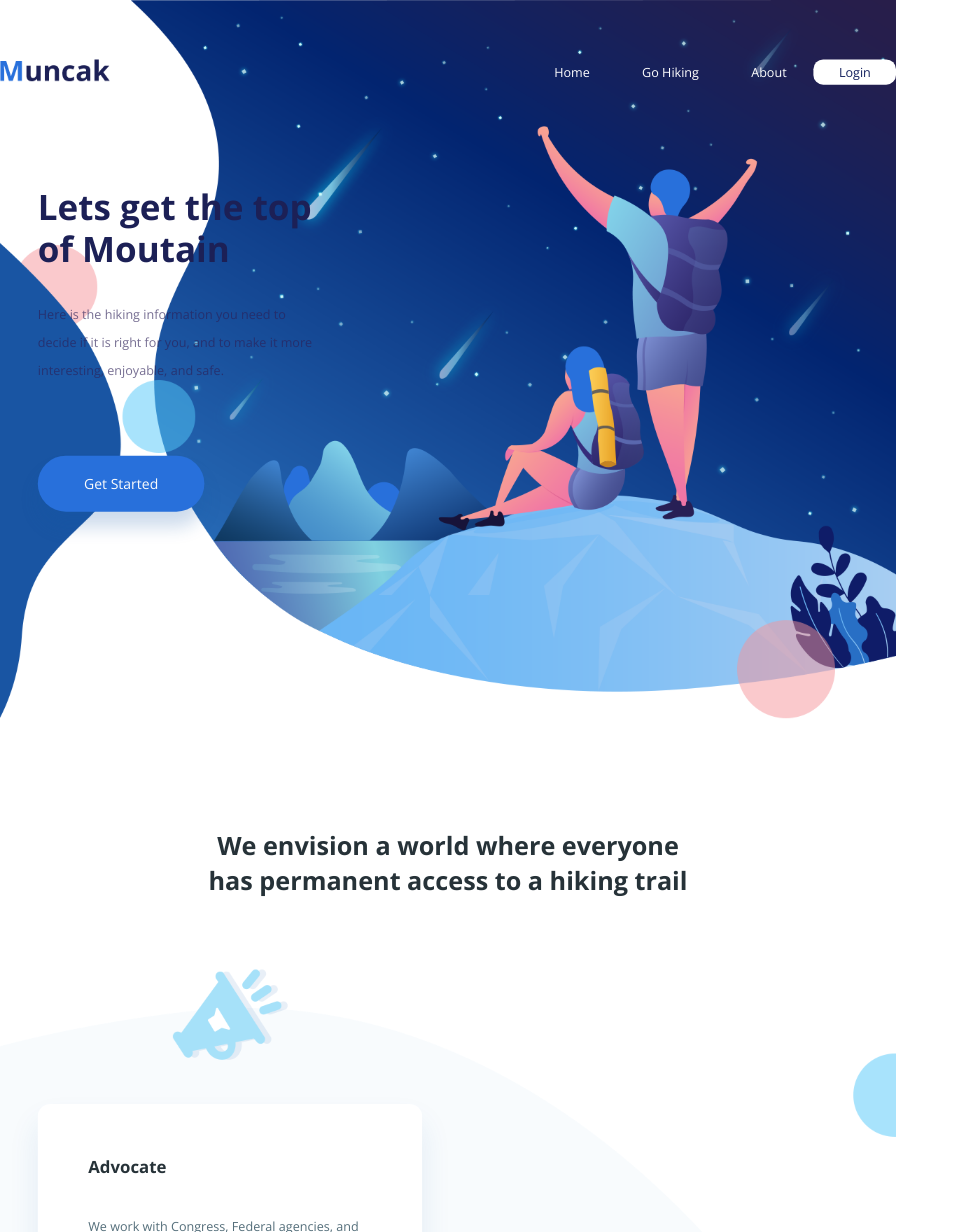
Repository: huubinh98/Project
Page: muncak/index.html
These files come from the project's save history. The page is drawn as it stood at one moment and after the next save; the edit follows.
The browser window is 1280 px wide. The page is 1280 px wide, then 1390 px, then 1280 px, so the pictures cover 1390 px, including what lies to the right of the window. The pictures show the part of the page from y = 0 to 1760 px (the page is 5824 px tall before and 5112 px after), at 70% of full size.

Above is the page before, as saved 2021-08-29 00:43:09.

### muncak/index.html
<!DOCTYPE html>
<html lang="en">

<head>
    <meta charset="UTF-8">
    <meta http-equiv="X-UA-Compatible" content="IE=edge">
    <meta name="viewport" content="width=device-width, initial-scale=1.0">
    <link rel="stylesheet" href="./style.css">
    <link rel="preconnect" href="https://fonts.googleapis.com">
    <link rel="preconnect" href="https://fonts.gstatic.com" crossorigin>
    <link href="https://fonts.googleapis.com/css2?family=Open+Sans:wght@300;400;600;700&display=swap" rel="stylesheet">
    <title>Muncak</title>
</head>

<body>
    <header class="header">
        <div class="container header-nav">
            <h1 class="logo"><a href="" class="logo-link"><img src="./image/Muncak.png" alt="" class="logo-img"></a>
            </h1>
            <ul class="nav-list">
                <li class="nav-item">
                    <a href="" class="nav-item-link">Home</a>
                </li>
                <li class="nav-item">
                    <a href="" class="nav-item-link">Go Hiking</a>
                </li>
                <li class="nav-item">
                    <a href="" class="nav-item-link">About</a>
                </li>
                <li class="nav-item">
                    <a href="" class="nav-item-link nav-highlight">Login</a>
                </li>
            </ul>
        </div>
        <div class="container-small">
            <h1 class="heading-banner">Lets get the top of Moutain</h1>
            <p class="heading-desc">Here is the hiking information you need to decide
                if it is right for you, and to make it more interesting,
                enjoyable, and safe.</p>
            <a href="#" class="btn c"> Get Started</a>
        </div>
    </header>
    <section class="about">
        <div class="container-small about-wrap">
            <h2 class="heading-name hearding-name-about">We envision a world where everyone
                has permanent access to a hiking trail</h2>
            <div class="about-item">
                <img src="./image/loa.png" alt="loa" class="about-img">
                <div class="about-content">
                    <h4 class="about-content-heading">Advocate</h4>
                    <p class="about-content-desc">We work with Congress, Federal agencies, and partners on policy issues
                        and legislation to ensure funding for trails, preservation of natural areas, and protection of
                        the hiking experience.</p>
                </div>
            </div>
            <div class="about-item">
                <img src="./image/bantay.png" alt="loa" class="about-img">
                <div class="about-content">
                    <h4 class="about-content-heading">Volunteer </h4>
                    <p class="about-content-desc">Trails don't maintain themselves. Individuals of any age and
                        experience level can become trail stewards. Give back to the trails you love, meet new people,
                        and enjoy the experience!</p>
                </div>
            </div>
            <div class="about-item">
                <img src="./image/nui.png" alt="loa" class="about-img">
                <div class="about-content">
                    <h4 class="about-content-heading">Explore</h4>
                    <p class="about-content-desc">Feel confident when you set out on your next trail adventure. Check
                        out our free hiking resources like tips for hiking with families, gear checklists, finding the
                        best trail for you.</p>
                </div>
            </div>
            <a href="" class="btn btn-about">Lean more</a>
        </div>
        <div class="container-small about-customer">
            <h2 class="heading-name">With the support of our members, and partners, we've improved trail access for
                millions of people</h2>
            <div class="customer-content">
                <p class="customer-text">We’ve Mobilized <span>558,768</span> Trail Volunteers</p>
                <p class="customer-text">We’ve Facilitated <span>41,146</span>
                    Miles of Trail Maintenance & Construction</p>
                <p class="customer-text">Volunteers Have Contributed <span>$108 Milion</span> in Volunteer Labor</p>
            </div>
        </div>
    </section>

    <!-- -----------new--------------- -->
    <section class="new">
        <div class="container-small">
            <h2 class="heading-name">Protecting Trails: Current News and Issues</h2>
            <div class="new-content">
                <div class="new-item">
                    <a href="#" class="new-item-picture">
                        <img src="./image/pic1.jpg" alt="pic1" class="new-item-img">
                    </a>
                    <div class="new-item-text">
                        <h3 class="new-item-name">2,802 Miles of Trail to be Improved on International Trails Day</h3>
                        <p class="new-item-desc">On June 2, 2018, people across the worldwill come together to
                            collectively improve 2,802 miles of trail—the distance across the world—during International
                            Trails Day. Muncak invites hikers, cyclists,…</p>
                        <a href="#" class="new-item-link">Read More</a>
                    </div>
                </div>
                <div class="new-item">
                    <a href="#" class="new-item-picture">
                        <img src="./image/pic2.jpg" alt="pic1" class="new-item-img">
                    </a>
                    <div class="new-item-text">
                        <h3 class="new-item-name">Four Ways to Celebrate International Trails Day on a Bicycle</h3>
                        <p class="new-item-desc">There are many ways to celebrate the International Trails Day on June
                            2. It’s even possible to participate on a bicycle. And if you go on a bike overnight trip
                            during International Trails Dayyou will simultaneously…</p>
                        <a href="#" class="new-item-link">Read More</a>
                    </div>
                </div>
                <div class="new-item">
                    <a href="#" class="new-item-picture">
                        <img src="./image/pic3.jpg" alt="pic1" class="new-item-img">
                    </a>
                    <div class="new-item-text">
                        <h3 class="new-item-name">Millennials are the Future of our Trails</h3>
                        <p class="new-item-desc">The smell of fresh dew is a welcome scent, as the crunch of my boots
                            melds with the sound of the birds singing their morning song. It’s early and I am wearing
                            layers, but it won’t be long until they are peeled away to adapt to the summer…</p>
                        <a href="#" class="new-item-link">Read More</a>
                    </div>
                </div>
            </div>
        </div>
    </section>

    <div class="contact-footer">
        <div class="container form-contact">
            <h5 class="contact-heading">Receive the latest updates on how to protect trails.
                Subscribe to the monthly edition of Paperless Trails.</h5>
            <form action="">
                <div class="input-item">
                    <input type="text" placeholder=" " required name="Name" id="" class="form-input">
                    <label for="" class="label-input">Name</label>
                </div>
                <div class="input-item">
                    <input type="text" placeholder=" " required name="Email" id="" class="form-input">
                    <label for="" class="label-input">Email Address</label>
                </div>
                <button type="submit" class="btn btn-contact">Subscribe</button>
            </form>
        </div>
        <footer class="footer container">
            <div class="footer-info">
                <div class="footer-item">
                    <h4 class="footer-item-name">Contact US</h4>
                    <p class="footer-item-desc footer-desc-width">Muncak hiking society
                        8605 Second Ave.
                        Silver Spring, MD 20910</p>
                    <p class="footer-item-desc footer-desc-width">
                        <span>Info@muncak.org</span>
                        <span>1-301-565-6704 (Main)</span>
                        <span>1-800-972-8608 (Toll-free)</span>
                    </p>
                </div>
                <div class="footer-item">
                    <h4 class="footer-item-name">About us</h4>
                    <ul class="footer-item-list">
                        <li class="footer-item-contact">
                            <a href="" class="footer-item-desc">Our Mission</a>
                        </li>
                        <li>
                            <a href="" class="footer-item-desc">Our Team</a>
                        </li>
                        <li>
                            <a href="" class="footer-item-desc">Corporate Sponsors</a>
                        </li>
                        <li>
                            <a href="" class="footer-item-desc">Financials</a>
                        </li>
                        <li>
                            <a href="" class="footer-item-desc">Media Center</a>
                        </li>
                    </ul>
                </div>
                <div class="footer-item">
                    <h4 class="footer-item-name">Our Programs</h4>
                    <ul>
                        <li>
                            <a href="" class="footer-item-desc">Hike The Hill</a>
                        </li>
                        <li>
                            <a href="" class="footer-item-desc">Volunteer Vacations</a>
                        </li>
                        <li>
                            <a href="" class="footer-item-desc">Alternative Break</a>
                        </li>
                    </ul>
                </div>
                <div class="footer-item">
                    <h4 class="footer-item-name">support trails</h4>
                    <ul>
                        <li>
                            <a href="" class="footer-item-desc">Donate</a>
                        </li>
                        <li>
                            <a href="" class="footer-item-desc">Individual Membership</a>
                        </li>
                        <li>
                            <a href="" class="footer-item-desc">Gift membership</a>
                        </li>
                        <li>
                            <a href="" class="footer-item-desc">Hiker Store</a>
                        </li>
                    </ul>
                </div>
                <div class="footer-item">
                    <h4 class="footer-item-name">hiking resources</h4>
                    <ul>
                        <li>
                            <a href="" class="footer-item-desc">Hikes Near You</a>
                        </li>
                        <li>
                            <a href="" class="footer-item-desc">Hiking 101</a>
                        </li>
                        <li>
                            <a href="" class="footer-item-desc">Muncak Blog</a>
                        </li>
                        <li>
                            <a href="" class="footer-item-desc">Hiking Organizations</a>
                        </li>
                    </ul>
                </div>
            </div>
            <ul class="socical">
                <li class="socical-item">
                    <a href="https://www.instagram.com/huubinh.cr/" class="socical-item-link">
                        <img src="./image/instar.png" alt="" class="socical-item-img">
                    </a>
                </li>
                <li class="socical-item">
                    <a href="https://www.facebook.com/huubinh01" class="socical-item-link">
                        <img src="./image/facebook.png" alt="" class="socical-item-img">
                    </a>
                </li>
                <li class="socical-item">
                    <a href="" class="socical-item-link">
                        <img src="./image/tiwer.png" alt="" class="socical-item-img">
                    </a>
                </li>
            </ul>
        </footer>
    </div>
</body>

</html>

### muncak/style.css
* {
    margin: 0;
    padding: 0;
    box-sizing: border-box;
}

html {
    font-size: 62.5%;
    line-height: 1.6rem;
    font-family: 'Open Sans', sans-serif;
    scroll-behavior: smooth;
}

ul, li {
    list-style: none;
}

a {
    text-decoration: none;
}

.container {
    max-width: 1404px;
    width: 100%;
    margin: 0 auto;
}

.container-small {
    max-width: 1172px;
    width: 100%;
    margin: 0 auto;
}

.btn {
    font-size: 2rem;
    line-height: 8rem;
    color: #fbfcfc;
    background-color: #2870db;
    border-radius: 40px;
    display: inline-block;
    padding: 0 66px;
    box-shadow: 0 22px 24px rgba(17, 83, 165, 0.21);
    transition: 0.25s ease;
}

.heading-name {
    font-size: 3.6rem;
    line-height: 5rem;
    text-align: center;
    margin: 0 auto;
    color: #263238;
    margin-bottom: 101px;
    max-width: 1000px;
}

.btn:hover {
    background-color: #1153a5;
}

/* ----------------------- */

.header {
    margin: 0 auto;
    max-width: 1900px;
    height: 1026px;
    background-color: white;
    background-image: url(./image/backgroudleft1.png), url(./image/Muncak-Landing-Page.png);
    background-position: left bottom, right top;
    background-repeat: no-repeat, no-repeat;
}

.header-nav {
    display: flex;
    justify-content: space-between;
    padding-top: 85px;
}

.logo{

}
.logo-link{

}
.logo-img{

}
.nav-list{

}
.nav-item{
    display: inline-block;
}
.nav-item-link{
    font-size: 1.8rem;
    font-weight: 400;
    line-height: 3.6rem;
    color: #fff;
    padding: 0 36px;
    display: inline-block;
}

.nav-highlight {
    background-color: #fff;
    color: #14215e;
    border-radius: 14px;
}

.heading-banner {
    font-size: 5rem;
    line-height: 6rem;
    color: #1c2056;
    margin-top: 144px;
    max-width: 400px;
}

.heading-desc {
    font-size: 1.8rem;
    line-height: 4rem;
    color: rgba(45, 32, 88, 0.65);
    max-width: 400px;
    margin-top: 43px;
    margin-bottom: 103px;
}

.btn-heading {
    margin-bottom: 310px;
}


/* -----------about---------------- */
.about {
    margin-top: 158px;
    margin-bottom: 98px;
    background-image: url(./image/backgroudleft2.png), url(./image/Muncak-Landing-Page2.png);
    background-repeat: no-repeat, no-repeat;
    background-position: left bottom, right center;
}

.about-wrap {
    margin-bottom: 105px;
}

.hearding-name-about {
    max-width: 700px;
}

.about-item {
    max-width: 549px;
}

.about-item:nth-child(2n + 1) {
    margin-left: auto;
    margin-top: -150px;
}

.about-item:nth-child(2n + 2) {
    margin-top: -109px;
}

.about-item:first-of-type {
    margin-top: 0;
}

.about-img {
    display: block;
    margin: 0 auto;
    margin-bottom: 63px;
}

.about-content {
    padding: 72px;
    border-radius: 18px;
    background-color: #fff;
    box-shadow: 0 27px 43px rgb(32 94 171 / 10%);
}

.about-content-heading {
    font-size: 2.4rem;
    line-height: 3.6rem;
    color: #263238;
    padding-bottom: 48px;
}

.about-content-desc {
    font-size: 1.8rem;
    line-height: 3.6rem;
    color: #546e7a;
}

.btn-about {
    float: right;
    margin-right: 163px;
    margin-top: -226px;
}

/* -----------customer-------------- */

.about-custumer {
    margin-top: 105px;
}

.customer-content {
    display: flex;
    justify-content: space-between;
}

.customer-text {
    text-align: center;
    font-size: 2.2rem;
    line-height: 2.3rem;
    color: #263238;
}

.customer-text span {
    font-size: 3.6rem;
    display: block;
    color: #1a56a3;
    font-weight: 700;
    line-height: 3.4rem;
    padding: 34px 0;
}

/* --------New-------------- */

.new {
    padding-top: 98px;
    padding-bottom: 102px;
}

.new-content {
    display: flex;
    justify-content: space-between;
    position: relative;
}

.new-content::after {
    content: "";
    position: absolute;
    bottom: -22px;
    right: -35px;
    width: 97px;
    height: 97px;
    border-radius: 50%;
    background-color: rgba(168, 227, 251, 0.5);
}

.new-item {
    border-radius: 18px;
    box-shadow: 0 27px 43px rgb(32 94 171 / 10%);
    max-width: 355px;
    overflow: hidden;
}

.new-item-img {
    height: 222px;
    object-fit: cover;
    width: 100%;
}

.new-item-text {
    padding: 34px;
}

.new-item-name {
    font-size: 2.4rem;
    line-height: 3rem;
    color: #263238;
    padding-bottom: 33px;
}

.new-item-desc {
    font-size: 1.8rem;
    line-height: 3rem;
    padding-bottom: 30px;
}

.new-item-link {
    font-size: 1.8rem;
    line-height: 3rem;
    color: #2870db;
}


/* -----------contact-footer------------ */
.contact-footer {
    padding-top: 102px;
    background: url(./image/backgroudfooter.png) no-repeat bottom;
}

.form-contact {
    padding: 82px 210px 100px;
    background-color: #3072c0;
    background-image: url(./image/backgroudcontact.png);
    background-repeat: no-repeat;
    background-position: left;
    border-radius: 20px;
}

.contact-heading {
    font-size: 3.6rem;
    line-height: 4.5rem;
    color: #fff;
    padding-bottom: 68px;
}

.input-item {
    position: relative;
}

.form-input {
    display: block;
    max-width: 600px;
    width: 100%;
    margin: 0 auto;
    height: 69px;
    outline: none;
    border: none;
    margin-bottom: 38px;
    border-radius: 20px;
    font-size: 2.4rem;
    line-height: 3.6rem;
    padding: 0 37px;
    color: rgba(84, 110, 122, 0.6);
}

.label-input {
    position: absolute;
    top: 50%;
    transform: translateY(-50%);
    left: 229px;
    font-size: 2.4rem;
    color: rgba(84, 110, 122, 0.6);
    line-height: 2.2rem;
    pointer-events: none;
    user-select: none;
    transition: 0.25s linear;
}

.form-input:not(:placeholder-shown) + .label-input,
.form-input:focus +.label-input {
    top: 0;
    border-radius: 10px;
    padding: 0 10px;
    background-color: #ffffff;
}

.btn-contact {
    height: 80px;
    padding: 0 74px;
    margin: 0 auto;
    display: block;
    line-height: 4rem;
    color: #fbfcfc;
    background-color: #00aeff;
    border: none;
    outline: none;
    border-radius: 40px;
    margin-top: 71px;
    cursor: pointer;
}

.btn-contact:hover {
    background-color: #00a3ef;
}

/* footer info */

.footer-info {
    display: flex;
    justify-content: space-between;
    margin-top: 97px;
}

.footer-item-name{
    font-size: 1.8rem;
    line-height: 3.6rem;
    color: #fff;
    font-weight: 600;
    padding-bottom: 44px;
    text-transform: uppercase;
}

.footer-item-contact {
    padding-bottom: 8px;
}

.footer-item-desc {
    font-size: 1.6rem;
    line-height: 4rem;
    color: #fff;
    padding-bottom: 4px;
}

.footer-item-desc.footer-desc-width {
    max-width: 200px;
    line-height: 3rem;
    padding-bottom: 37px;
}

.socical {
    padding-top: 36px;
    padding-bottom: 86px;
}

.socical-item {
    display: inline-block;
    margin-right: 9px;
}

.socical-item-link {
    display: flex;
    width: 47px;
    height: 47px;
    background-color: #fff;
    border-radius: 50%;
}
.socical-item-img {
    margin: auto;
}

After the next save:
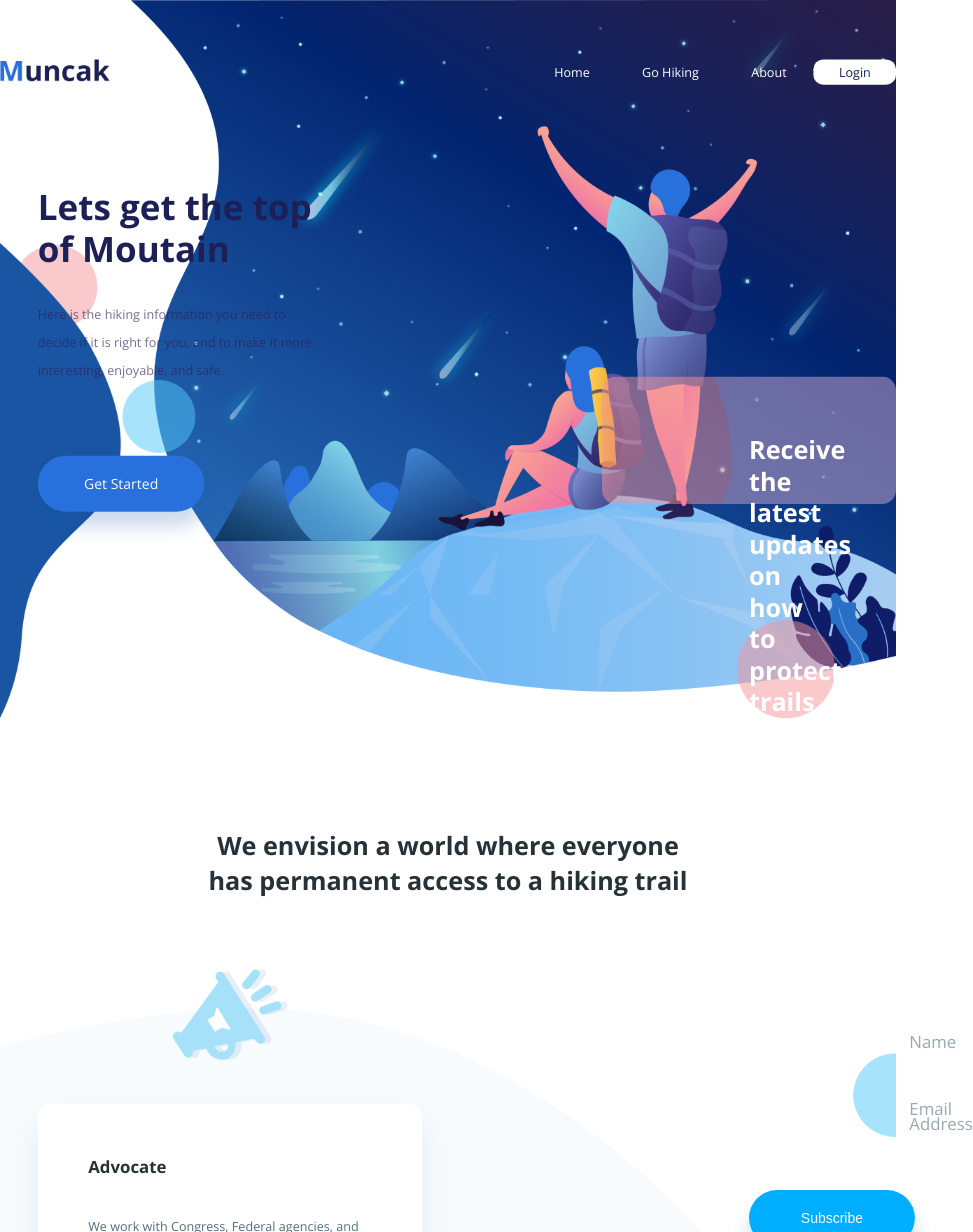
Saved 3 min 5 s later.
--- a/muncak/style.css
+++ b/muncak/style.css
@@ -294,6 +294,17 @@
     background-repeat: no-repeat;
     background-position: left;
     border-radius: 20px;
+    position: relative;
+}
+
+.form-contact {
+    content: "";
+    position: absolute;
+    bottom: 0;
+    right: 0;
+    width: 146px;
+    height: 146px;
+    background-color: rgba(245, 147, 153, 0.5);
 }
 
 .contact-heading {

After the save that followed:
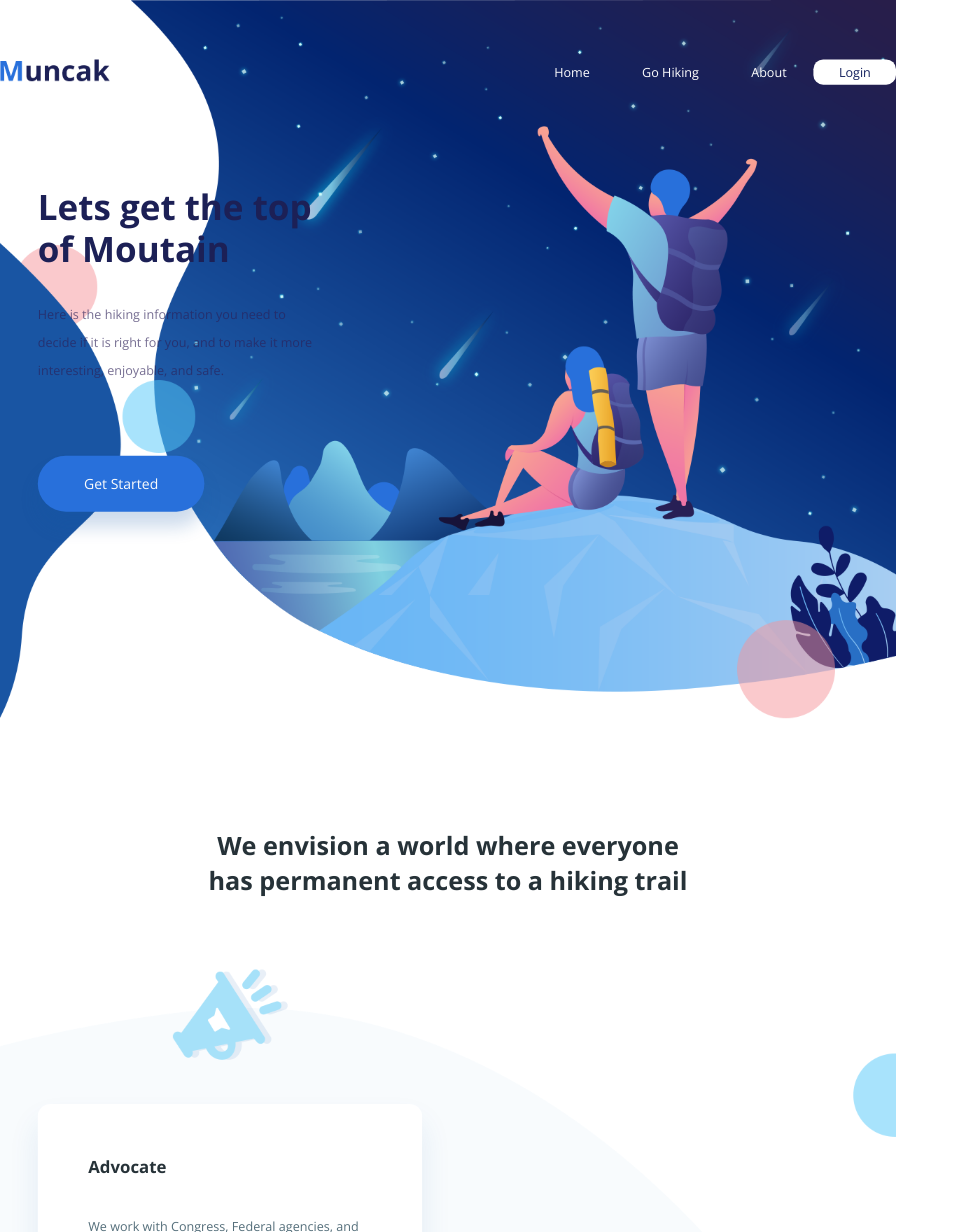
Saved 43 s later.
--- a/muncak/style.css
+++ b/muncak/style.css
@@ -297,7 +297,7 @@
     position: relative;
 }
 
-.form-contact {
+.form-contact::after {
     content: "";
     position: absolute;
     bottom: 0;
